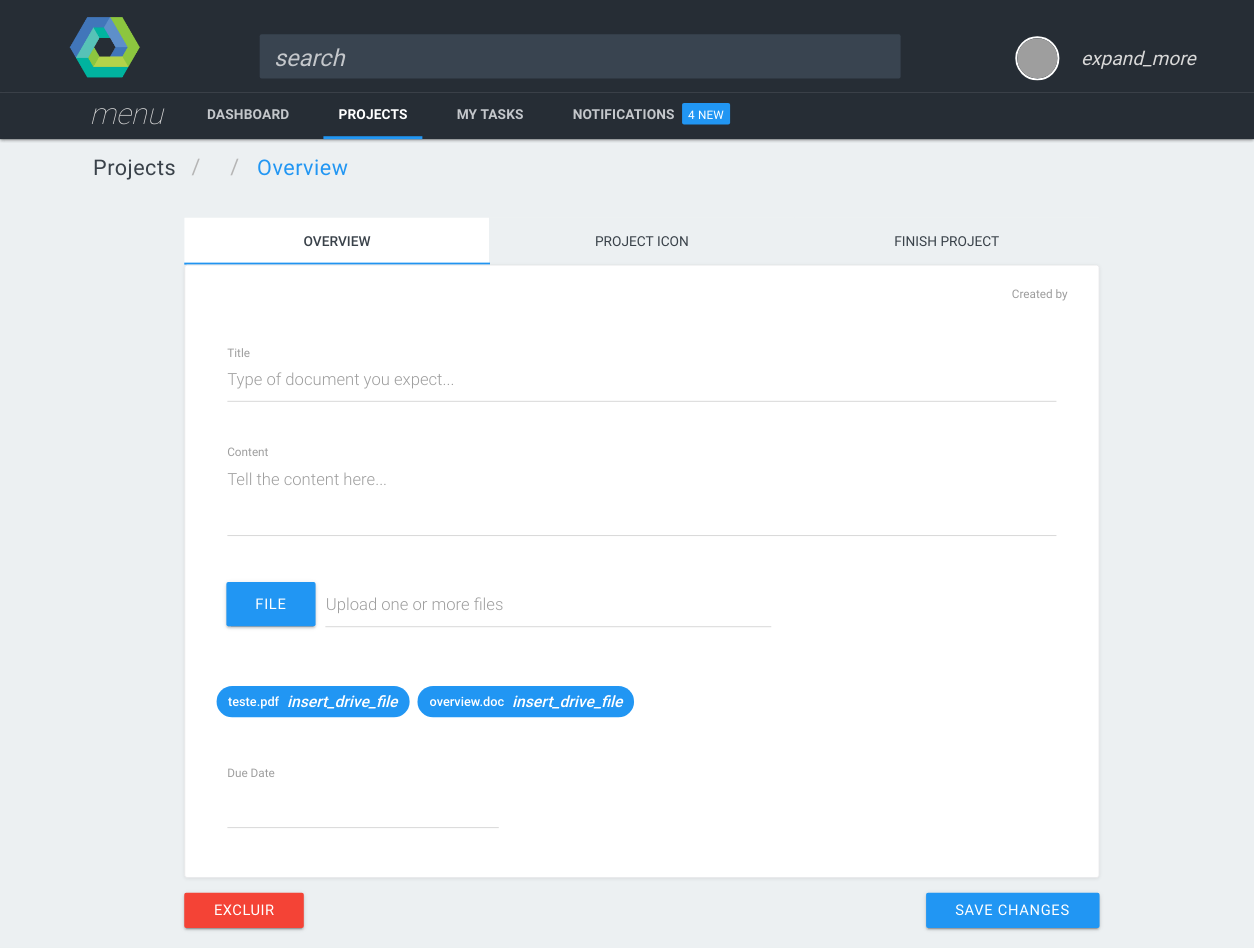
Repository: RenanChagas/ProjectManagement
Page: http://localhost/finalproject/WEB-INF/views/projectDetail.jsp
These files come from the project's save history. The page is drawn as it stood at one moment and after the next save; the edit follows.
The browser window is 1280 px wide. The pictures show the whole page, at 98% of full size.
Pictures or frames that could not be fetched are drawn as grey boxes. The page is served by Tomcat 9. Nobody is signed in. The template is opened directly, without the code that normally fills it, so the values that code supplies are empty.

Above is the page before, as saved 2017-09-12 03:42:30.

After the next save:
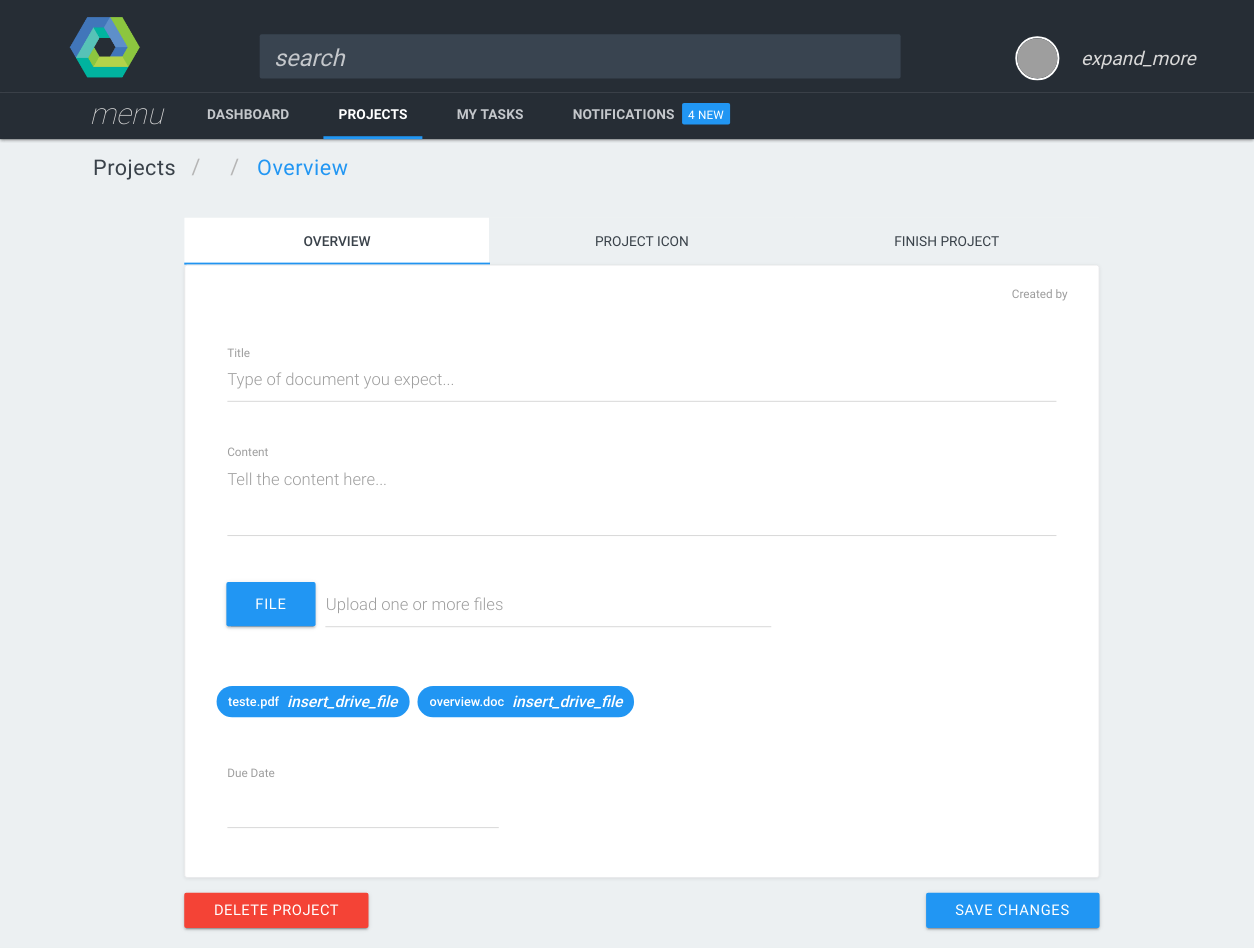
Saved 35 s later.
--- a/finalproject/src/main/webapp/WEB-INF/views/projectDetail.jsp
+++ b/finalproject/src/main/webapp/WEB-INF/views/projectDetail.jsp
@@ -491,7 +491,7 @@
 	        Save Changes
 	        </button>
 	       	<a  href=""
-				class="waves-effect waves-light btn red left">Excluir</a>
+				class="waves-effect waves-light btn red left">Delete Project</a>
         </div>
         <!-- CONTEUDO -->
 	</div>
